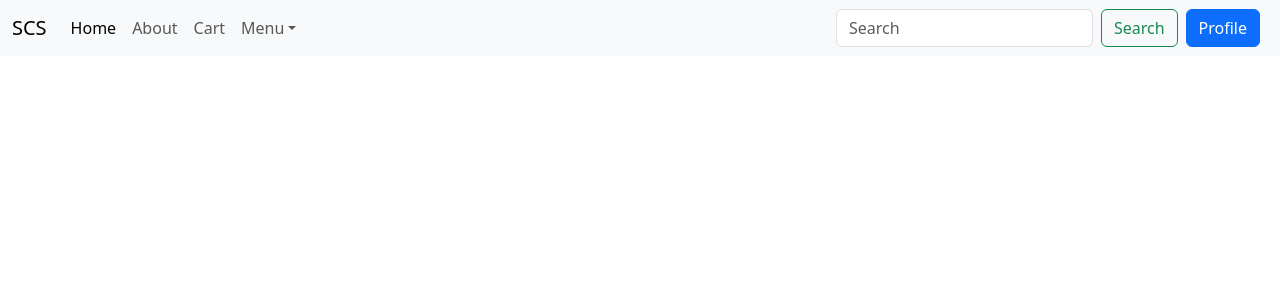
Repository: gitYash03/smart-canteen-system
Page: /
The author's editor kept a copy of each file at every save. The page is drawn from the files as they stood at one save, then again after the next save.
The browser window is 1280 px wide. The pictures show the whole page.
The project was rebuilt for these pictures with package versions that can differ from the ones it lists, and the page was loaded fresh each time. Also part of the build but not shown: src/App.css.

Above is the page before, as saved 2023-08-09 12:58:31.

After the next save:
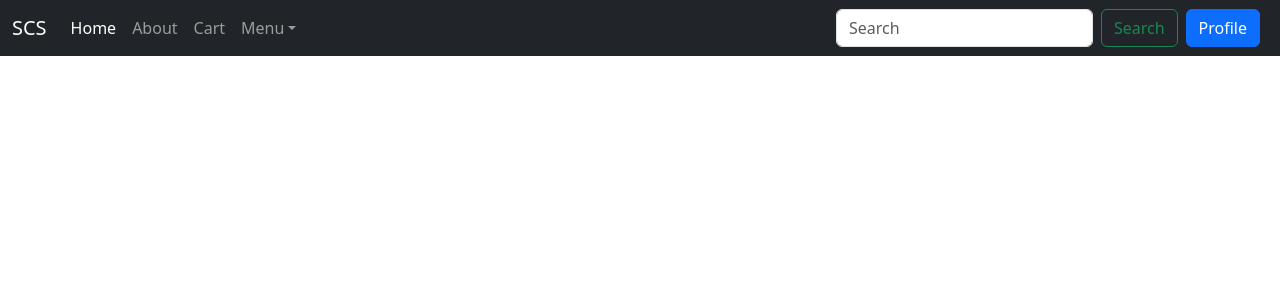
Saved 23 s later.
--- a/src/Components/Navbar.js
+++ b/src/Components/Navbar.js
@@ -3,7 +3,7 @@
 export default function Navbar() {
   return (
     <>
-    <nav className="navbar navbar-expand-lg navbar-light bg-light ">
+    <nav className="navbar navbar-expand-lg navbar-dark bg-dark ">
         <div className="container-fluid">
             <a className="navbar-brand" href="/">SCS</a>
             <button className="navbar-toggler" type="button" data-bs-toggle="collapse" data-bs-target="/navbarSupportedContent" aria-controls="navbarSupportedContent" aria-expanded="false" aria-label="Toggle navigation">
